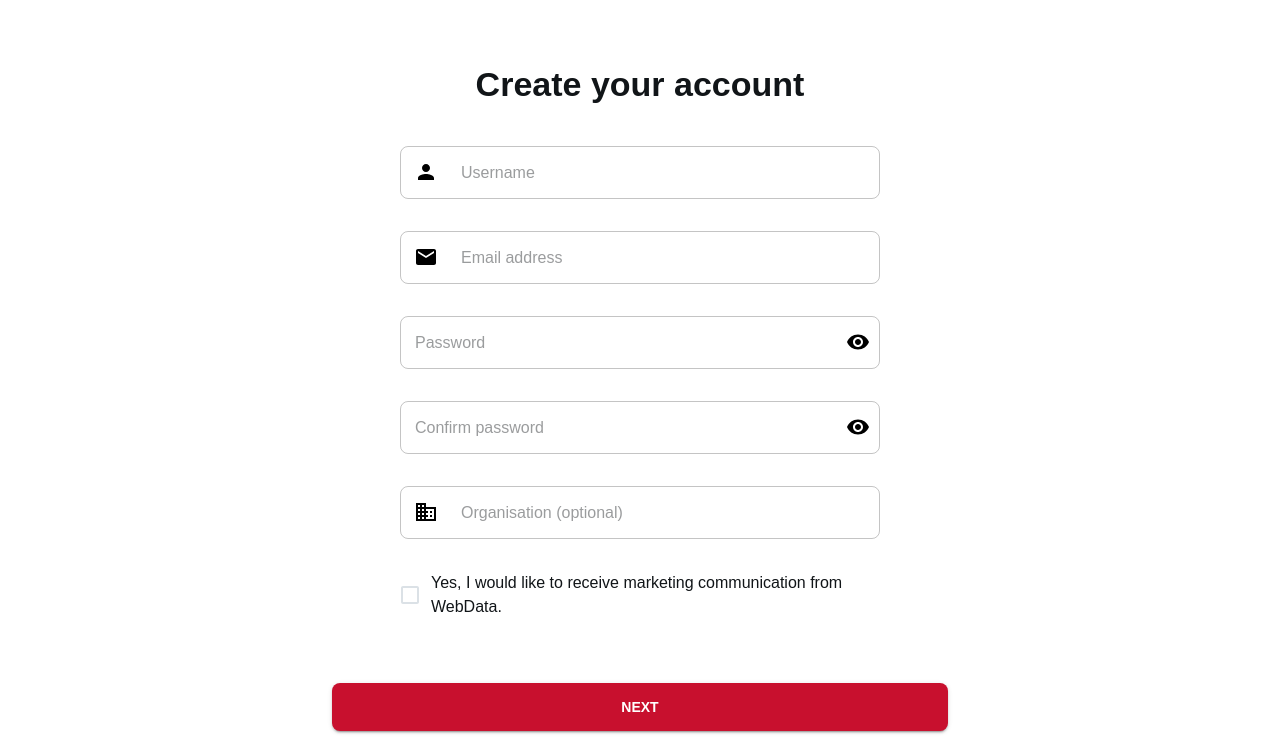
Repository: Pascal-Ahmadu/Tender-download-system
Page: /register (app in frontend/)
An editor plug-in stored every save of this project. The page is shown before and after the next save, followed by the edit.
The browser window is 1280 px wide. The pictures show the whole page.
The page's requests for data from a server got no answer. Some web fonts or font styles are not loaded; a fallback is used. The project was rebuilt for these pictures with package versions that can differ from the ones it lists, and the page was loaded fresh each time. No one was signed in, and anything a server would have sent is missing. Also part of the build but not shown: frontend/vite.config.js, frontend/src/components/pages/LoginPage.jsx.

Above is the page before, as saved 2024-07-31 08:18:17.

After the next save:
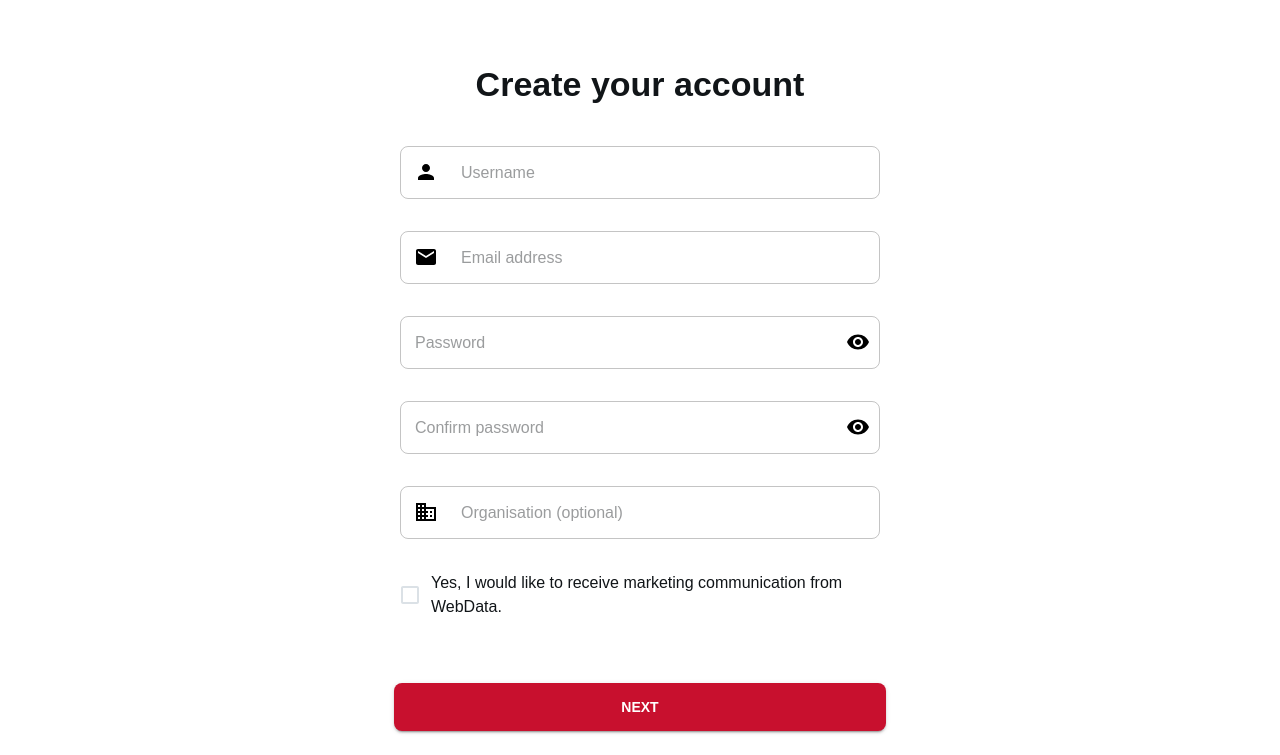
Saved 12 s later.
--- a/frontend/src/components/pages/RegistrationPage.jsx
+++ b/frontend/src/components/pages/RegistrationPage.jsx
@@ -373,7 +373,7 @@ function SignupForm() {
             borderRadius: 2,
             py: 1.5, // Adjust vertical padding for height
             mt: 2, // Margin top for spacing
-            width: "50%", // Ensure button width is 100% of container width
+            width: "40%", // Ensure button width is 100% of container width
             boxSizing: "border-box", // Ensure padding is included in width
             "&:hover": {
               bgcolor: "#a50f1d", // Slightly darker on hover
